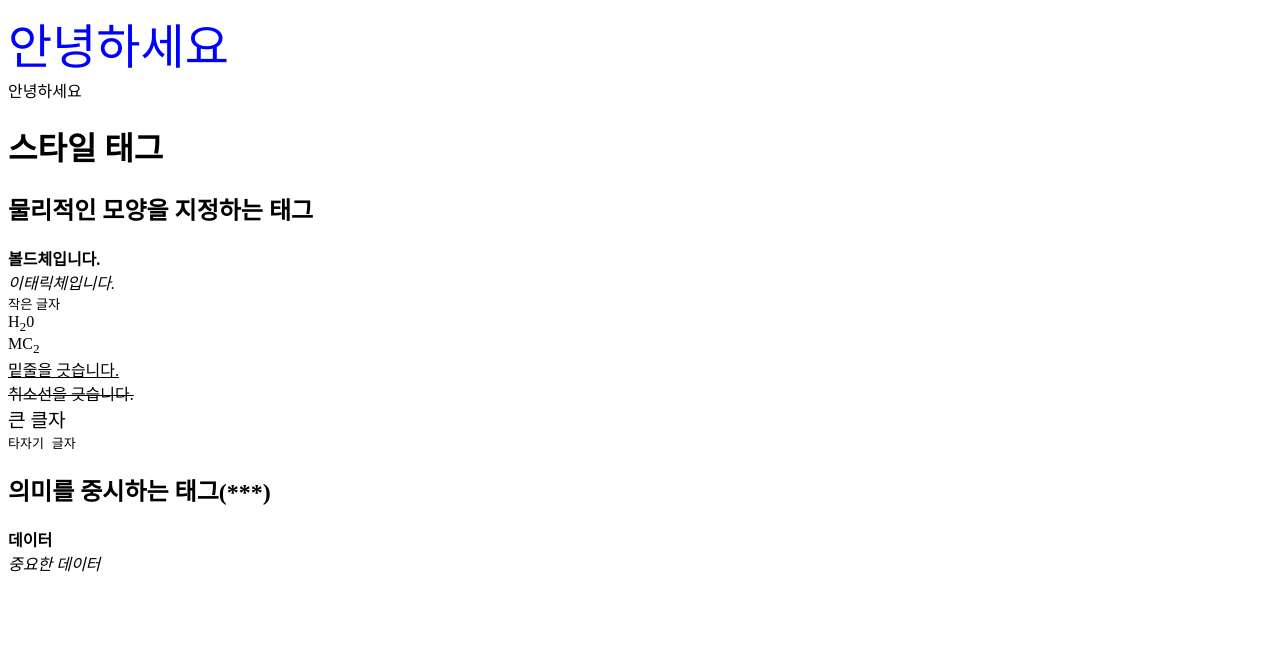
Repository: sinsujung/client
Page: ClientTest/src/main/webapp/html/ex09_style.html
These files come from the project's save history. The page is drawn as it stood at one moment and after the next save; the edit follows.
The browser window is 1280 px wide. The pictures show the whole page.

Above is the page before, as saved 2023-09-20 01:45:22.

After the next save:
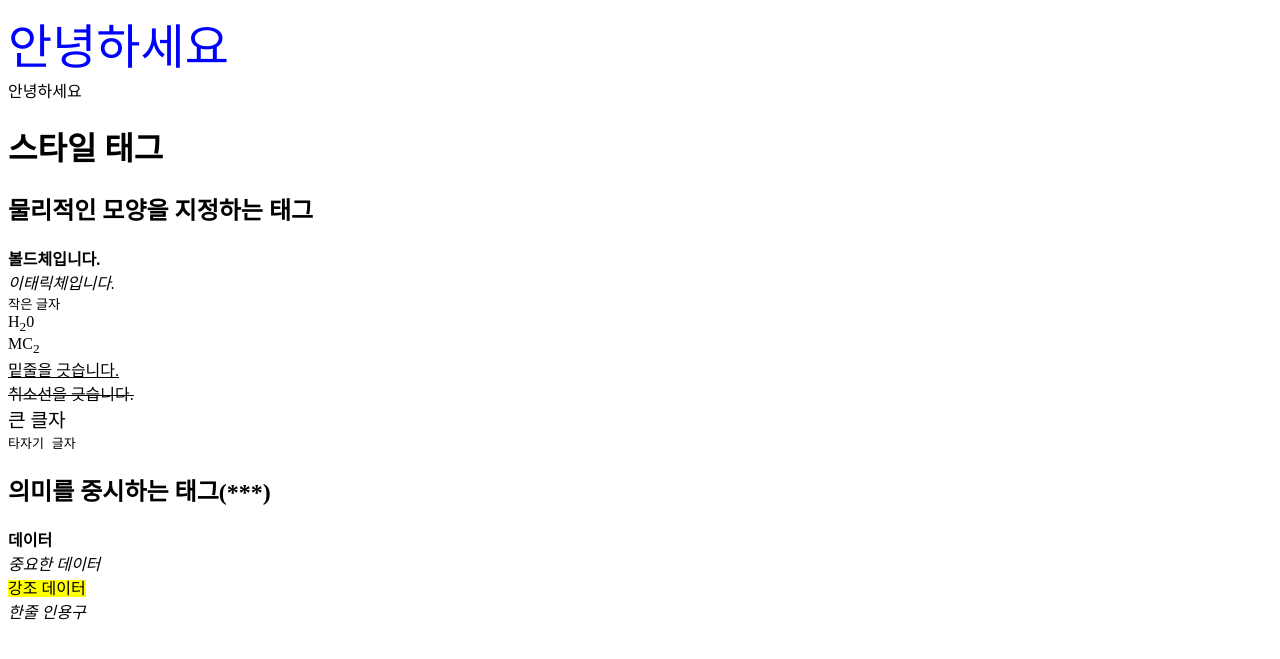
Saved 63 s later.
--- a/ClientTest/src/main/webapp/html/ex09_style.html
+++ b/ClientTest/src/main/webapp/html/ex09_style.html
@@ -37,7 +37,9 @@
  <h2>의미를 중시하는 태그(***)</h2>
 
  <strong>데이터</strong><br>
- <em>중요한 데이터</em>
+ <em>중요한 데이터</em><br>
+ <mark>강조 데이터</mark><br>
+ <cite>한줄 인용구</cite>
 
 </body>
 </html>
